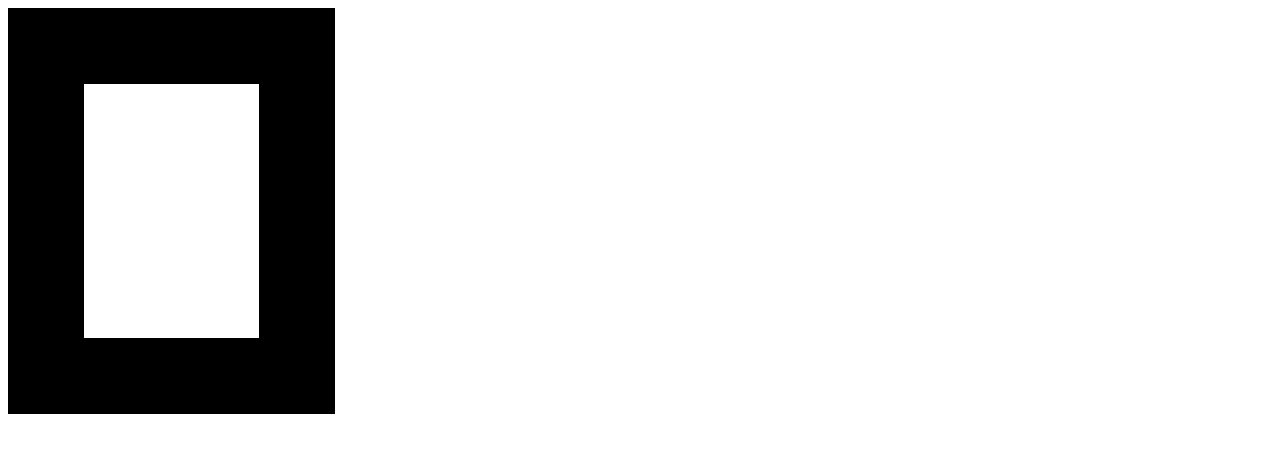
Repository: SnakeXrnt/notion-clock
Page: indonesia.html
These files come from the project's save history. The page is drawn as it stood at one moment and after the next save; the edit follows.
The browser window is 1280 px wide. The pictures show the whole page.

Above is the page before, as saved 2024-05-21 16:12:00.

After the next save:
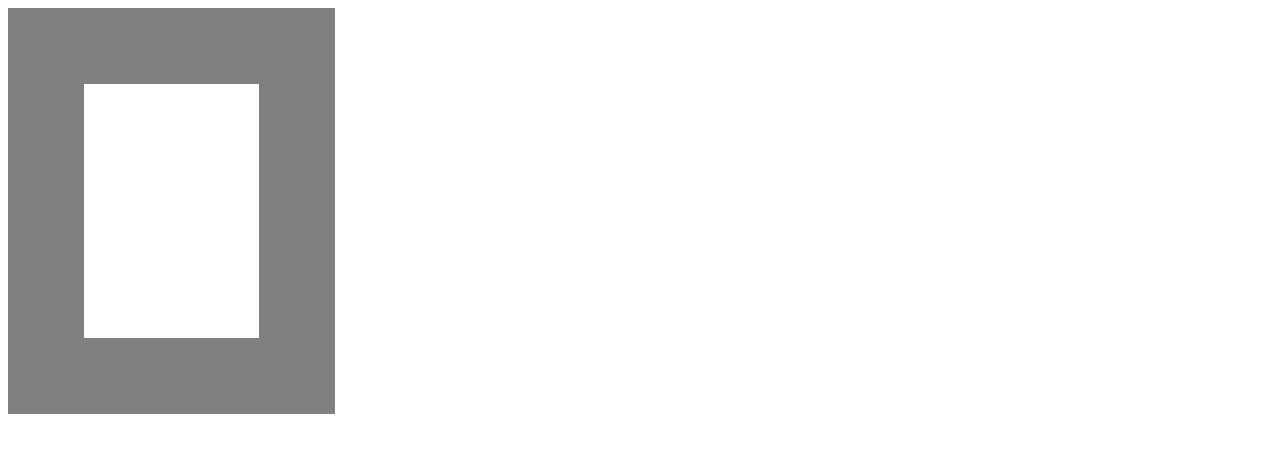
Saved 7 s later.
--- a/indonesia.html
+++ b/indonesia.html
@@ -21,7 +21,8 @@
             flex-direction: column;
             width: max-content;
             height: max-content;
-            border: 6vw solid black
+            border: 6vw solid grey;
+
 
         }
     </style>
